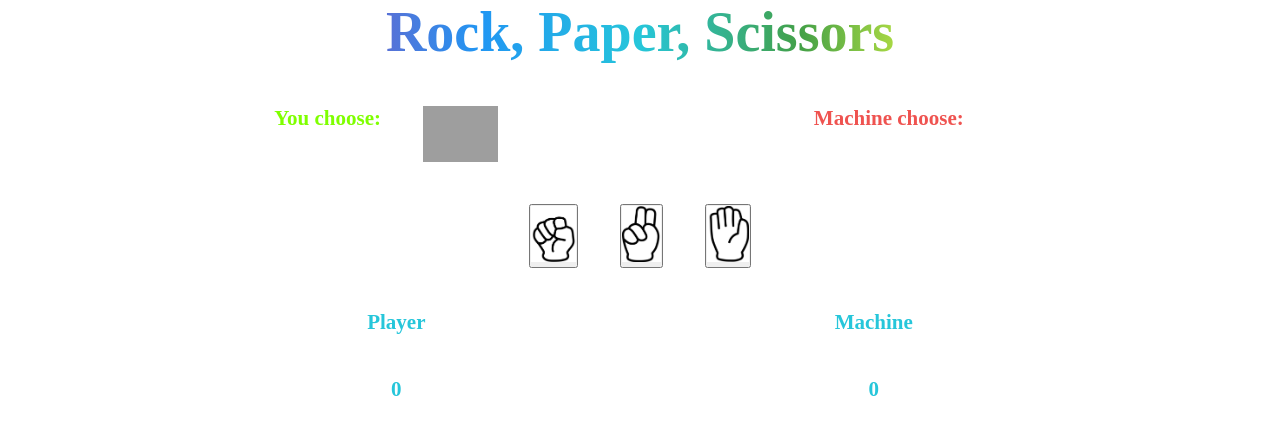
Repository: dung8466/RPS
Page: index.html
An editor plug-in stored every save of this project. The page is shown before and after the next save, followed by the edit.
The browser window is 1280 px wide. The pictures show the whole page.
Pictures or frames that could not be fetched are drawn as grey boxes.

Above is the page before, as saved 2022-07-01 20:01:30.

After the next save:
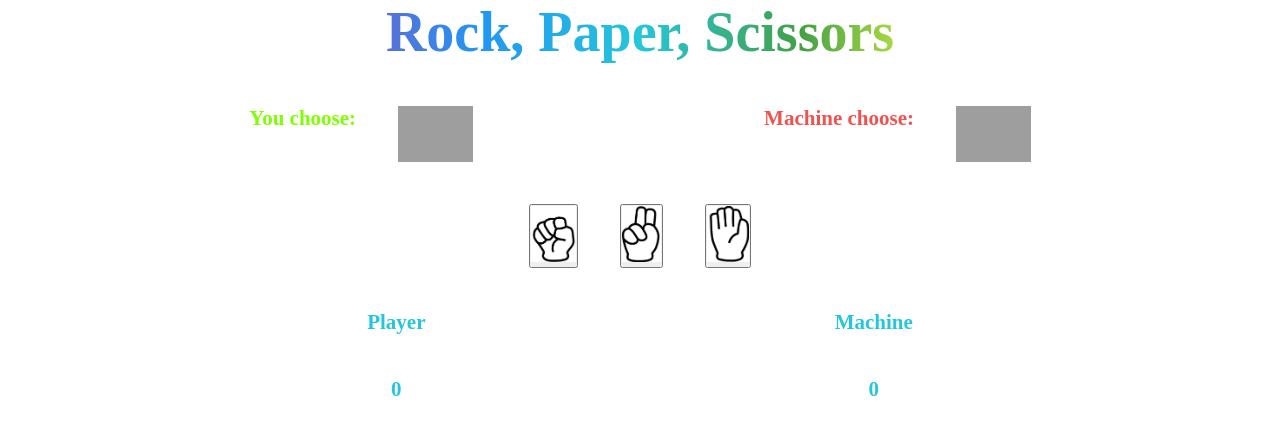
Saved 64 s later.
--- a/script.js
+++ b/script.js
@@ -21,3 +21,8 @@ document.addEventListener('DOMContentLoaded', _ => {
   const ImageIndex = (  images.length);
   document.getElementById('player-choice').src = images[ImageIndex];
 });
+
+document.addEventListener('DOMContentLoaded', _ => {
+  const randImageIndex = ~~(Math.random() * images.length);
+  document.getElementById('machine-choice').src = images[randImageIndex];
+});
